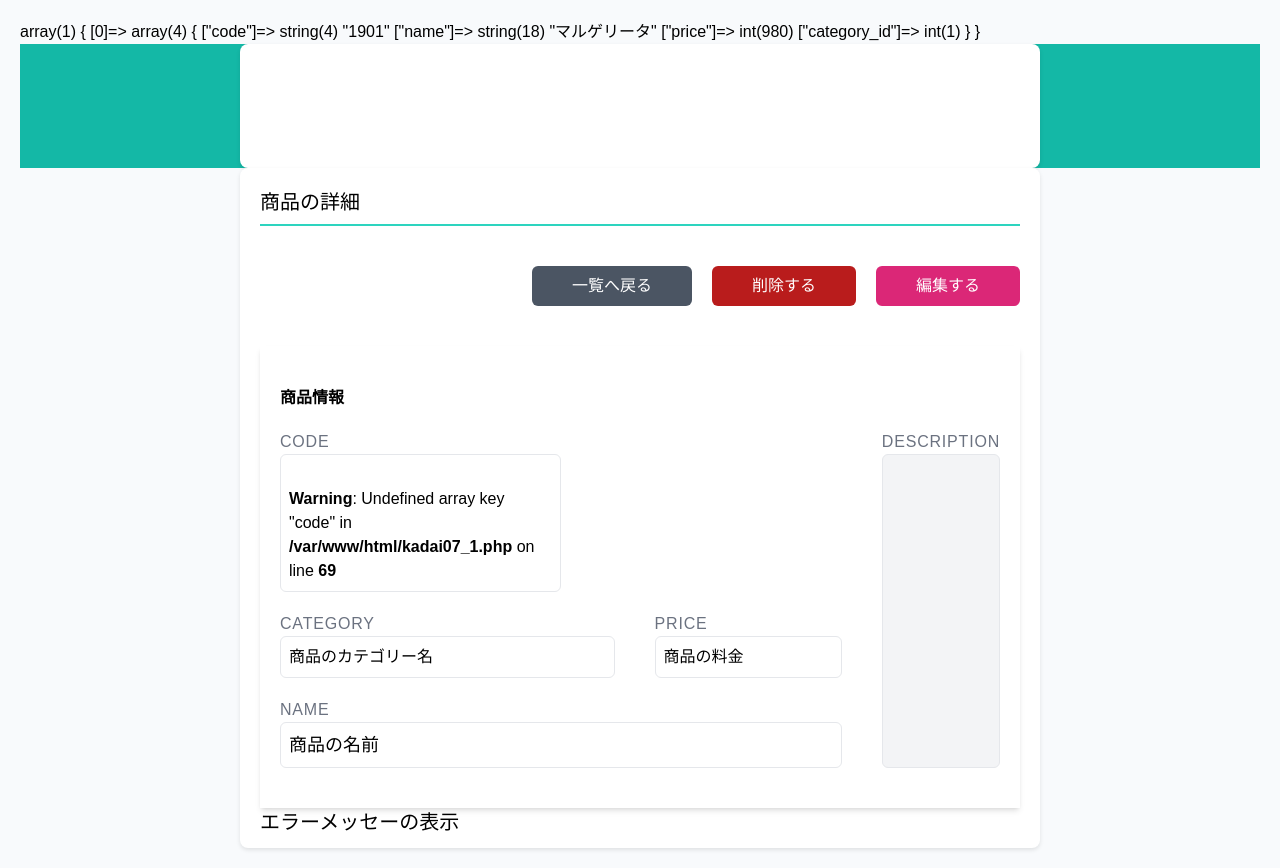
Repository: ShunKUN1182/STD_PHP
Page: http://localhost/kadai07_1.php?product_code=1901
These files come from the project's save history. The page is drawn as it stood at one moment and after a run of saves; the edit follows.
The browser window is 1280 px wide. The pictures show the whole page.
Some web libraries are served in a nearby version. The page is run by PHP 8.4 with error messages shown; the project is at /var/www/html/. The database holds what the project's SQL file puts in it.

Above is the page before, as saved 2026-07-10 13:53:37.

### kadai07_1.php
<?php
require_once __DIR__ . "/config.php";
$productCode = filter_input(INPUT_GET,"product_code");
if (!$productCode) {
  header("Location: kadai06_1.php");
}
$db = new PDO(DB_DSN,DB_USER,DB_PASS);
$products_table = TB_PRODUCTS;
$sql = "SELECT * FROM $products_table WHERE code = $productCode";
$stmt = $db-> prepare($sql);
$stmt->execute();
$productResult = [];
while($row = $stmt->fetch(PDO::FETCH_ASSOC)) {
  $productResult[] = $row;
}
var_dump($productResult)
?>
<!DOCTYPE html>
<html lang="ja">
<head>
  <meta charset="UTF-8">
  <meta name="viewport" content="width=device-width, initial-scale=1.0">

  <!-- link -->
  <link href="asset/styles/style.css" rel="stylesheet">

  <!-- script -->
  <script src="https://cdn.tailwindcss.com"></script>
  <title>php1 - kadai07_1</title>
</head>
<body class="bg-slate-50">
<div class="wrapper box-border">

<header class="bg-teal-500">
  <div class="container mx-auto px-2 py-5">
    <h1 class="text-l text-white mb-6"><a href="#">サーバーサイドスクリプト演習１</a></h1>
    <h2 class="text-3xl text-white">データベース処理</h2>
  </div><!--/.container-->
</header>

<main>
  <div class="container w-full h-full mx-auto px-2 py-20">

    <h3 class="text-xl border-b-2 border-teal-400 pb-2 mb-10">商品の詳細</h3>

    <div class="flex flex-col sm:flex-row justify-end mb-10">
      <a href="kadai06_1.php" class="text-white text-center leading-10 bg-gray-600 px-10 hover:bg-gray-500 rounded-md">一覧へ戻る</a>
      <a href="#" class="text-white text-center leading-10 bg-red-700 px-10 px-10 mx-5 hover:bg-red-600 rounded-md">削除する</a>
      <!--kadai10_1-->
      <!--
        <form action="" method="" class="w-full sm:w-fit">
        <input type="hidden" name="_method" value="DELETE">
        <input type="hidden" name="product_no" value="">
        <button type="submit" class="w-full sm:w-fit text-white text-center leading-10 bg-red-700 px-10 px-10 mx-0 sm:mx-5 my-2 sm:my-0 hover:bg-red-600 rounded-md">削除する</button>
      </form>
      -->
      <!--/kadai09_1-->
      <a href="#" class="text-white text-center leading-10 bg-pink-600 px-10 hover:bg-pink-500 rounded-md">編集する</a>
    </div>


    <div class="product-wrap px-5 py-10 shadow-md">
      <h4 class="font-bold mb-5">商品情報</h4>
      <div class="flex flex-col md:flex-row">
        <div class="flex-grow mr-0 md:mr-10 mb-5 md:mb-0">
          <div class="mb-5">
            <div class="w-6/12">
              <p class="text-gray-500 text-left uppercase tracking-wider">code</p>
              <p class="px-2 py-2 border rounded-md"><?= $productResult["code"] ?></p>
            </div>
          </div>

          <div class="flex justify-between mb-5">
            <div class="flex-grow mr-10">
              <p class="text-gray-500 text-left uppercase tracking-wider">category</p>
              <p class="bg-white px-2 py-2 border  rounded-md">商品のカテゴリー名</p>
            </div>
            <div class="w-4/12">
              <p class="text-gray-500 text-left uppercase tracking-wider">price</p>
              <p class="bg-white px-2 py-2 border  rounded-md">商品の料金</p>
            </div>
          </div>

          <div>
            <p class="text-gray-500 text-left uppercase tracking-wider">name</p>
            <p class="bg-white text-lg px-2 py-2 border  rounded-md">商品の名前</p>
          </div>
        </div>

        <div class="flex flex-col items-stretch flex-grow">
          <p class="text-gray-500 text-left uppercase tracking-wider">description</p>
          <p class="flex-grow h-32 md:h-max text-lg px-2 bg-gray-100 py-2 border rounded-md"></p>
        </div>
      </div>

    </div><!--/.product-wrap-->

      <!-- エラーメッセージ -->
      <p class="text-xl">エラーメッセーの表示</p>


  </div><!--/.container-->
</main>

</div><!--/.wrapper-->
</body>
</html>

### config.php
<?php
// 定数などのサイトの設定を定義する

const SITE_NAME = "サーバーサイド1";

define("DOC_ROOT" , __DIR__);

const WEB_ROOT = "https://10.202.10.3/ecc/sfukusima/php1/";

//DB関連
const DB_DRIVER = "mysql";
const DB_HOST = "localhost";
const DB_NAME = "sfukusima";
const DB_USER = "sfukusima";
const DB_PASS = "eccMyAdmin";
const DB_CHAR = "utf8mb4";
const DB_DSN = DB_DRIVER.":host=".DB_HOST.";dbname=".DB_NAME.";charset=".DB_CHAR;

//テーブル関係
const TB_ZIP = "php1_zip";
const TB_PRODUCTS = "php1_products";
const TB_CATEGORIES = "php1_categories";
?>

### css/style.css
* {
    box-sizing: border-box;
}

body {
    background: #f4f4f4;
    font-family: sans-serif;
    padding: 20px;
}

.container {
    background: #fff;
    border-radius: 8px;
    box-shadow: 0 2px 4px rgba(0, 0, 0, 0.1);
    margin: 0 auto;
    max-width: 800px;
    padding: 20px;
}

.product-grid {
    display: flex;
    gap: 20px;
    margin-bottom: 30px;
}

.product {
    border-radius: 4px;
    border: 1px solid #ddd;
    flex: 1;
    padding: 15px;
    text-align: center;
}

.product h3 {
    margin: 0 0 10px;
}

button {
    background: #28a745;
    border-radius: 4px;
    border: none;
    color: white;
    cursor: pointer;
    padding: 8px 16px;
}

.cart-table {
    border-collapse: collapse;
    margin-bottom: 20px;
    width: 100%;
}

colgroup col:nth-of-type(1) {
    width: 300px;
}

.cart-table th,
.cart-table td {
    border: 1px solid #eee;
    padding: 10px;
    text-align: left;
}

.cart-table th {
    background: #fafafa;
}

tfoot th {
    text-align: right;
}

.btn-clear {
    background: #dc3545;
}

### database/Products.sql (the tables this page reads)
CREATE TABLE  php1_products(
    `code`        VARCHAR(4)    PRIMARY KEY,    
    `name`        VARCHAR(64)   NOT NULL,       
    `price`       INT UNSIGNED,                 
    `category_id` INT UNSIGNED  NOT NULL        
);

INSERT INTO php1_products( `code`, `name`, `price`, `category_id` ) VALUES 
    ( "1901", "マルゲリータ", 980, 1 ),
    ( "1902", "アメリカン", 720, 1 ),
    ( "1903", "ジェノベーゼ", 1340, 1 ),
    ( "2901", "コーラ", 200, 2 ),
    ( "2902", "スプライト", 200, 2 ),
    ( "2903", "スーパードライ", 300, 2 ),
    ( "3901", "バニラシェイク", 590, 3 ),
    ( "3902", "ストロベリーシェイク", 590, 3 ),
    ( "3903", "プチパンケーキ", 460, 3 );

After the next 2 saves:
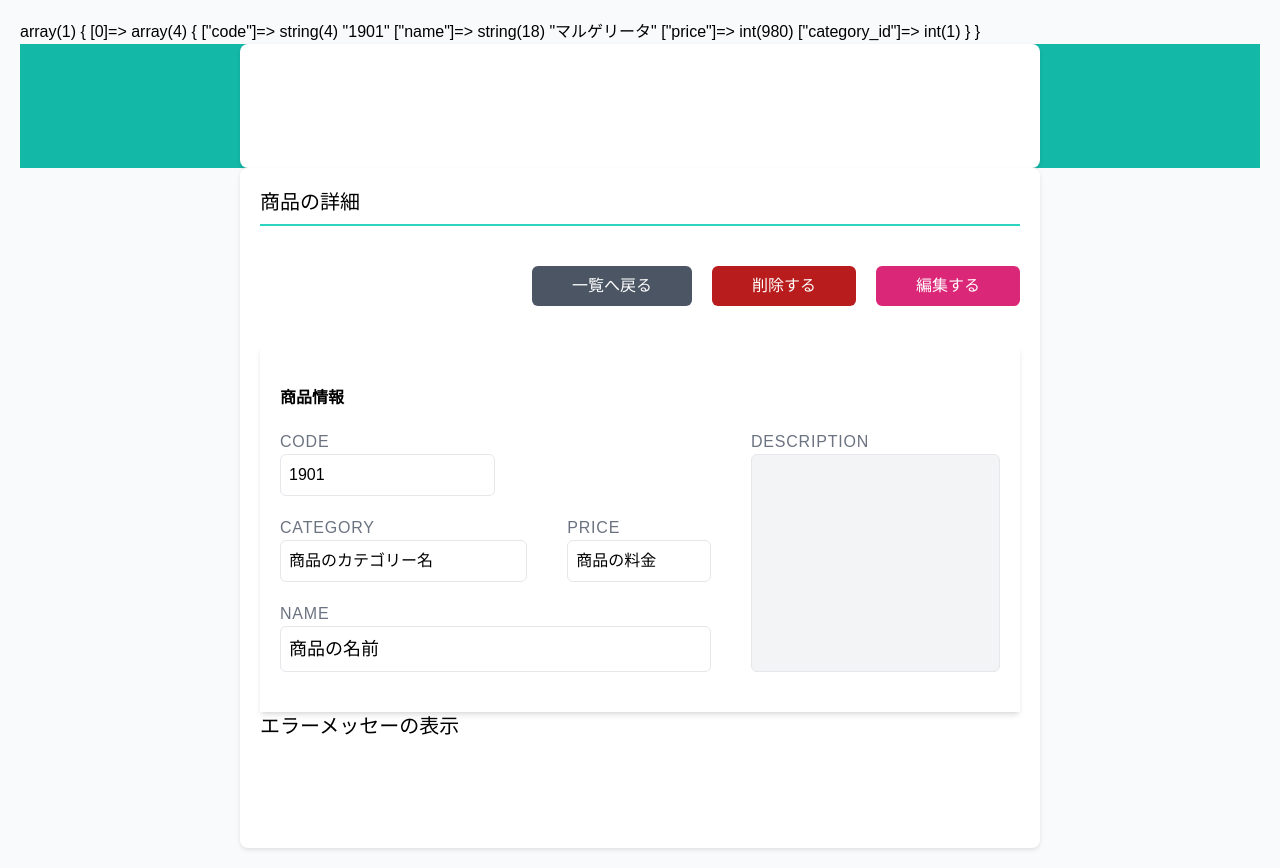
The 2 saves are shown as one change because they came seconds apart.
The last was saved 32 s later.
--- a/kadai07_1.php
+++ b/kadai07_1.php
@@ -66,7 +66,7 @@ var_dump($productResult)
           <div class="mb-5">
             <div class="w-6/12">
               <p class="text-gray-500 text-left uppercase tracking-wider">code</p>
-              <p class="px-2 py-2 border rounded-md"><?= $productResult["code"] ?></p>
+              <p class="px-2 py-2 border rounded-md"><?= $productResult[0]["code"] ?></p>
             </div>
           </div>
 
